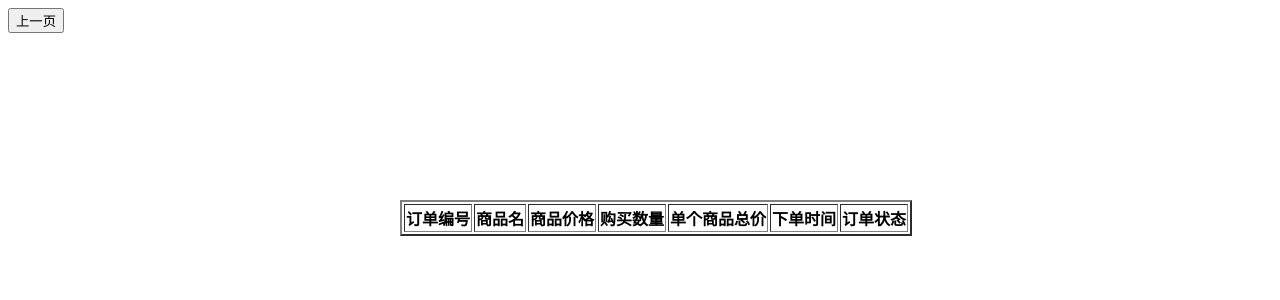
Repository: Gale-student/Gale-student.github.io
Page: http://localhost/weshop/OrdersDetailQueryAllServlet
An editor plug-in stored every save of this project. The page is shown before and after the next save, followed by the edit.
The browser window is 1280 px wide. The pictures show the whole page.
The page is served by Tomcat 9. Other server files are loaded and not shown. Queries for data that is not in the repository find no rows.

Above is the page before, as saved 2022-10-04 08:58:22.

### WeShop/weshop/WebRoot/WEB-INF/jsp/OrdersQueryOfUser.jsp
<%@ page language="java" import="java.util.*,com.company.entity.*" pageEncoding="utf-8"%>
<%
String path = request.getContextPath();
String basePath = request.getScheme()+"://"+request.getServerName()+":"+request.getServerPort()+path+"/";
%>

<!DOCTYPE HTML PUBLIC "-//W3C//DTD HTML 4.01 Transitional//EN">
<html>
  <head>
    <base href="<%=basePath%>">

    <title>My JSP 'OrdersQueryOfUser.jsp' starting page</title>

	<meta http-equiv="pragma" content="no-cache">
	<meta http-equiv="cache-control" content="no-cache">
	<meta http-equiv="expires" content="0">
	<meta http-equiv="keywords" content="keyword1,keyword2,keyword3">
	<meta http-equiv="description" content="This is my page">
	<!--
	<link rel="stylesheet" type="text/css" href="styles.css">
	-->
  <%
     List<OrdersDetail> ordersDetailList = (List<OrdersDetail>)request.getAttribute("ordersDetailList");

   %>
  </head>

  <body>
    <table style="position: absolute; left: 400px; top: 200px; text-align: center;" border="2" cellspacing="2">
       <tr>
          <th>订单编号</th>
          <th>商品名</th>
          <th>商品价格</th>
          <th>购买数量</th>
          <th>单个商品总价</th>
          <th>下单时间</th>
          <th>订单状态</th>
       </tr>
       <%for(int i = 0; i < ordersDetailList.size(); i ++){ %>
       <tr>
          <td><%=ordersDetailList.get(i).getOid() %></td>
          <td><%=ordersDetailList.get(i).getSname() %></td>
          <td><%=ordersDetailList.get(i).getSprice() %>.00￥/个</td>
          <td><%=ordersDetailList.get(i).getQuantity() %>.0</td>
          <td><%=ordersDetailList.get(i).getShopPrice() %>.00￥</td>
          <td><%=ordersDetailList.get(i).getDate() %></td>
          <td><%=ordersDetailList.get(i).getStatus() %></td>
       </tr>
       <%} %>
    </table>
    <form action="" method="post">
       <input type="submit" value="上一页">
    </form>
  </body>
</html>

### WeShop/weshop/src/com/company/controller/OrdersDetailQueryAllServlet.java
package com.company.controller;

import java.io.IOException;
import java.io.PrintWriter;
import java.util.List;

import javax.servlet.ServletException;
import javax.servlet.http.HttpServlet;
import javax.servlet.http.HttpServletRequest;
import javax.servlet.http.HttpServletResponse;
import javax.servlet.http.HttpSession;

import com.company.entity.OrdersDetail;
import com.company.entity.User;
import com.company.service.OrdersService;
import com.company.service.OrdersServiceImpl;
import com.company.service.UserService;
import com.company.service.UserServiceImpl;

public class OrdersDetailQueryAllServlet extends HttpServlet {

	/**
	 * The doGet method of the servlet. <br>
	 *
	 * This method is called when a form has its tag value method equals to get.
	 *
	 * @param request the request send by the client to the server
	 * @param response the response send by the server to the client
	 * @throws ServletException if an error occurred
	 * @throws IOException if an error occurred
	 */
	public void doGet(HttpServletRequest request, HttpServletResponse response)
			throws ServletException, IOException {

		doPost(request, response);
	}

	/**
	 * The doPost method of the servlet. <br>
	 *
	 * This method is called when a form has its tag value method equals to post.
	 *
	 * @param request the request send by the client to the server
	 * @param response the response send by the server to the client
	 * @throws ServletException if an error occurred
	 * @throws IOException if an error occurred
	 */
	public void doPost(HttpServletRequest request, HttpServletResponse response)
			throws ServletException, IOException {

		HttpSession hs = request.getSession();
		String uid = (String) hs.getAttribute("uid");

		OrdersService ordersService = new OrdersServiceImpl();
		try {
			List<OrdersDetail> ordersDetailList = ordersService.selectOrdersDetail(uid, 0);
			int allRows = ordersService.OrdersDetailAllRows(uid);
			int allPage = allRows / 3;
			if(allRows % 3 != 0){
				allPage ++;
			}
			request.setAttribute("ordersDetailList", ordersDetailList);
			request.getRequestDispatcher("WEB-INF/jsp/OrdersQueryOfUser.jsp").forward(request, response);
		} catch (Exception e) {
			// TODO Auto-generated catch block
			e.printStackTrace();
		}


	}

}

### WeShop/weshop/src/com/company/service/OrdersServiceImpl.java
package com.company.service;

import java.util.List;

import com.company.dao.OrdersDao;
import com.company.dao.OrdersDaoImpl;
import com.company.entity.Orders;
import com.company.entity.OrdersDetail;

public class OrdersServiceImpl implements OrdersService {
	private OrdersDao ordersDao = new OrdersDaoImpl();

    //获取订单表总行数
	public int OrdersAllRows() throws Exception {
		int ordersAllRows = ordersDao.OrdersAllRows();
		return ordersAllRows;
	}

    //添加订单(购买 下单 默认未支付状态)
	public void addOrders(String uid, String sid, String quantity)
			throws Exception {
		ordersDao.insertOrders(uid, sid, quantity);
	}

    //取消订单
	public void cancelOrders(String oid) throws Exception {
		ordersDao.deleteOrders(oid);
	}

    //订单表分页
	public List<Orders> ordersPagingQuery(int page) throws Exception {
		List<Orders> ordersList = ordersDao.ordersPaging(page * 3, 3);
		return ordersList;
	}

    //根据订单编号查订单
	public List<Orders> queryOrdersByOid(String oid) throws Exception {
		List<Orders> ordersList = ordersDao.selectOrdersByOid(oid);
		return ordersList;
	}

    //查看未支付订单
	public List<Orders> queryOrdersByStatusUnpaid() throws Exception {
		List<Orders> ordersList = ordersDao.selectOrdersByStatusUnpaid();
		return ordersList;
	}

	//通过用户ID查订单
	public List<Orders> queryOrdersByUid(String uid) throws Exception {
		List<Orders> ordersList = ordersDao.selectOrdersByUid(uid);
		return ordersList;
	}

	//修改商品数量
	public void modifyQuantity(String sid, String quantity) throws Exception {
		ordersDao.updateQuantity(sid, quantity);
	}

	//查找所有订单
	public List<Orders> queryAllOrders() throws Exception {
		List<Orders> ordersList = ordersDao.selectAllOrders();
		return ordersList;
	}

	//查看所有订单详情
	public List<OrdersDetail> selectOrdersDetail(String uid, int page) throws Exception {
		List<OrdersDetail> ordersDetailList = ordersDao.selectOrdersDetail(uid, page * 3, 3);
		return ordersDetailList;
	}

	//获取用户订单表总行数
	public int OrdersDetailAllRows(String uid) throws Exception {
		int ordersDetailAllRows = ordersDao.OrdersDetailAllRows(uid);
		return ordersDetailAllRows;
	}


}

### WeShop/weshop/src/com/company/dao/OrdersDao.java
package com.company.dao;

import java.util.List;

import com.company.entity.Orders;
import com.company.entity.OrdersDetail;

public interface OrdersDao {
	//删除订单(取消订单)
	public void deleteOrders(String oid) throws Exception;
	//订单表分页
	public List<Orders> ordersPaging(int offset, int count) throws Exception;
	//获取订单表总行数
	public int OrdersAllRows() throws Exception;
	//根据订单号查找订单
	public List<Orders> selectOrdersByOid(String oid) throws Exception;
	//查看未支付订单
	public List<Orders> selectOrdersByStatusUnpaid() throws Exception;
	//用户下单(添加订单)
	public void insertOrders(String uid, String sid, String quantity) throws Exception;
	//根据用户ID查订单
	public List<Orders> selectOrdersByUid(String uid) throws Exception;
	//更新订单中商品数量
	public void updateQuantity(String sid, String quantity) throws Exception;
	//查寻所有订单
	public List<Orders> selectAllOrders() throws Exception;
	//订单详情表分页(用户)
	public List<OrdersDetail> selectOrdersDetail(String uid, int offset, int count) throws Exception;
	//获取用户订单表总行数
	public int OrdersDetailAllRows(String uid) throws Exception;


}

### WeShop/weshop/src/com/company/dao/OrdersDaoImpl.java
package com.company.dao;

import java.sql.Connection;
import java.sql.Date;
import java.sql.DriverManager;
import java.sql.PreparedStatement;
import java.sql.ResultSet;
import java.text.DateFormat;
import java.util.ArrayList;
import java.util.List;

import com.company.entity.Orders;
import com.company.entity.OrdersDetail;
import com.company.entity.User;

public class OrdersDaoImpl implements OrdersDao {
	private String url = "jdbc:mysql://localhost:3306/test?characterEncoding=utf-8";
    private String username = "root";
    private String password = "root";

    //获取订单表总行数(管理员)
	public int OrdersAllRows() throws Exception {
		Class.forName("com.mysql.jdbc.Driver");
		Connection conn = DriverManager.getConnection(url, username, password);
		String sql = " select count(*) as rows from orders ";
		PreparedStatement ps = conn.prepareStatement(sql);
		ResultSet rs = ps.executeQuery();
		rs.next();
		int rows = rs.getInt("rows");
		return rows;
	}

    //删除订单(管理员)
	public void deleteOrders(String oid) throws Exception {
		Class.forName("com.mysql.jdbc.Driver");
		Connection conn = DriverManager.getConnection(url, username, password);
		String sql = " delete from orders where oid = ? ";
		PreparedStatement ps = conn.prepareStatement(sql);
		ps.setString(1, oid);
		ps.execute();
		conn.close();

	}

    //订单表分页(管理员)
	public List<Orders> ordersPaging(int offset, int count) throws Exception {
		Class.forName("com.mysql.jdbc.Driver");
		Connection conn = DriverManager.getConnection(url, username, password);
		String sql = " select * from orders limit ?, ? ";
		PreparedStatement ps = conn.prepareStatement(sql);
		ps.setInt(1, offset);
		ps.setInt(2, count);
		ResultSet rs = ps.executeQuery();
		List<Orders> ordersList = new ArrayList<Orders>();
		while(rs.next()){
			String oid = rs.getString("oid");
			String uid = rs.getString("uid");
			String sid = rs.getString("sid");
			String quantity = rs.getString("quantity");
			String date = rs.getString("date");
			String status = rs.getString("status");
			Orders orders = new Orders();
			orders.setOid(oid);
			orders.setUid(uid);
			orders.setSid(sid);
			orders.setQuantity(quantity);
			orders.setDate(date);
			orders.setStatus(status);
            ordersList.add(orders);
		}
		return ordersList;
	}

    //根据订单号查找订单(管理员)
	public List<Orders> selectOrdersByOid(String oid) throws Exception {
		Class.forName("com.mysql.jdbc.Driver");
		Connection conn = DriverManager.getConnection(url, username, password);
		String sql = " select * from orders where oid = ? ";
		PreparedStatement ps = conn.prepareStatement(sql);
		ps.setString(1, oid);
		ResultSet rs = ps.executeQuery();
		List<Orders> ordersList = new ArrayList<Orders>();
		while(rs.next()){
			String uid = rs.getString("uid");
			String sid = rs.getString("sid");
			String quantity = rs.getString("quantity");
			String date = rs.getString("date");
			String status = rs.getString("status");
			Orders orders = new Orders();
			orders.setOid(oid);
			orders.setUid(uid);
			orders.setSid(sid);
			orders.setQuantity(quantity);
			orders.setDate(date);
			orders.setStatus(status);
			ordersList.add(orders);
		}
		return ordersList;
	}

    //查看未支付订单(管理员)
	public List<Orders> selectOrdersByStatusUnpaid() throws Exception {
		Class.forName("com.mysql.jdbc.Driver");
		Connection conn = DriverManager.getConnection(url, username, password);
		String sql = " select * from orders where status = '0' ";
		PreparedStatement ps = conn.prepareStatement(sql);
		ResultSet rs = ps.executeQuery();
		List<Orders> ordersList = new ArrayList<Orders>();
		while(rs.next()){
			String oid = rs.getString("oid");
			String uid = rs.getString("uid");
			String sid = rs.getString("sid");
			String quantity = rs.getString("quantity");
			String date = rs.getString("date");
			String status = rs.getString("status");
			Orders orders = new Orders();
			orders.setOid(oid);
			orders.setUid(uid);
			orders.setSid(sid);
			orders.setQuantity(quantity);
			orders.setDate(date);
			orders.setStatus(status);
			ordersList.add(orders);
		}
		return ordersList;
	}

	//添加订单(用户购买)
	public void insertOrders(String uid, String sid, String quantity) throws Exception {
		Class.forName("com.mysql.jdbc.Driver");
		Connection conn = DriverManager.getConnection(url, username, password);

		System.currentTimeMillis();
		String oid = "" + System.currentTimeMillis();
		String sql = " insert into orders values ( ?, ?, ?, ?, now(), 0 ) ";
		PreparedStatement ps = conn.prepareStatement(sql);
		ps.setString(1, oid);
		ps.setString(2, uid);
		ps.setString(3, sid);
		ps.setString(4, quantity);
		ps.execute();
		conn.close();

	}

	//根据用户ID查询订单(管理员)
	public List<Orders> selectOrdersByUid(String uid) throws Exception {
		Class.forName("com.mysql.jdbc.Driver");
		Connection conn = DriverManager.getConnection(url, username, password);
		String sql = " select * from orders where uid = ? ";
		PreparedStatement ps = conn.prepareStatement(sql);
		ps.setString(1, uid);
		ResultSet rs = ps.executeQuery();
		List<Orders> ordersList = new ArrayList<Orders>();
		while(rs.next()){
			String oid = rs.getString("oid");
			String sid = rs.getString("sid");
			String quantity = rs.getString("quantity");
			String date = rs.getString("date");
			String status = rs.getString("status");
			Orders orders = new Orders();
			orders.setOid(oid);
			orders.setUid(uid);
			orders.setSid(sid);
			orders.setQuantity(quantity);
			orders.setDate(date);
			orders.setStatus(status);
			ordersList.add(orders);
		}
		return ordersList;
	}

	//更新订单中商品数量(用户 添加相同商品)
	public void updateQuantity(String sid, String quantity) throws Exception {
		Class.forName("com.mysql.jdbc.Driver");
		Connection conn = DriverManager.getConnection(url, username, password);
		String sql = " update orders set quantity = quantity + ? where sid = ? and status = 0 ";
		PreparedStatement ps = conn.prepareStatement(sql);
		ps.setString(1, quantity);
		ps.setString(2, sid);
		ps.execute();
		conn.close();
	}

	//查询所有订单(管理员)
	public List<Orders> selectAllOrders() throws Exception {
		Class.forName("com.mysql.jdbc.Driver");
		Connection conn = DriverManager.getConnection(url, username, password);
		String sql = " select * from orders ";
		PreparedStatement ps = conn.prepareStatement(sql);
		ResultSet rs = ps.executeQuery();
		List<Orders> ordersList = new ArrayList<Orders>();
		while(rs.next()){
			String oid = rs.getString("oid");
			String uid = rs.getString("uid");
			String sid = rs.getString("sid");
			String quantity = rs.getString("quantity");
			String date = rs.getString("date");
			String status = rs.getString("status");
			Orders orders = new Orders();
			orders.setOid(oid);
			orders.setUid(uid);
			orders.setSid(sid);
			orders.setQuantity(quantity);
			orders.setDate(date);
			orders.setStatus(status);
			ordersList.add(orders);
		}
		return ordersList;
	}

	//订单详情表分页
	public List<OrdersDetail> selectOrdersDetail(String uid, int offset, int count) throws Exception {
		Class.forName("com.mysql.jdbc.Driver");
		Connection conn = DriverManager.getConnection(url, username, password);
		String sql = " select o.oid, o.uid, s.sname, s.sprice, o.quantity,  " +
				"(o.quantity * s.sprice) as shopPrice, o.date, o.status from orders " +
				"o inner join shop s where s.sid = o.sid and o.uid = ? limit ?, ? ";
		PreparedStatement ps = conn.prepareStatement(sql);
		ps.setString(1, uid);
		ps.setInt(2, offset);
		ps.setInt(3, count);
		ResultSet rs = ps.executeQuery();
		List<OrdersDetail> ordersDetailList = new ArrayList<OrdersDetail>();
		while(rs.next()){
			String oid = rs.getString("oid");
			String sname = rs.getString("sname");
			String sprice = rs.getString("sprice");
			String quantity = rs.getString("quantity");
			String shopPrice = rs.getString("shopPrice");
			String date = rs.getString("date");
			String status = rs.getString("status");
			OrdersDetail ordersDetail = new OrdersDetail();
			ordersDetail.setOid(oid);
			ordersDetail.setUid(uid);
			ordersDetail.setSname(sname);
			ordersDetail.setSprice(sprice);
			ordersDetail.setQuantity(quantity);
			ordersDetail.setShopPrice(shopPrice);
			ordersDetail.setDate(date);
			ordersDetail.setStatus(status);
			ordersDetailList.add(ordersDetail);
		}
		return ordersDetailList;
	}

	public int OrdersDetailAllRows(String uid) throws Exception {
		Class.forName("com.mysql.jdbc.Driver");
		Connection conn = DriverManager.getConnection(url, username, password);
		String sql = " select count(*) as rows from orders where uid = ? ";
		PreparedStatement ps = conn.prepareStatement(sql);
		ps.setString(1, uid);
		ResultSet rs = ps.executeQuery();
		rs.next();
		int rows = rs.getInt("rows");
		conn.close();
		return rows;
	}

}

After the next save:
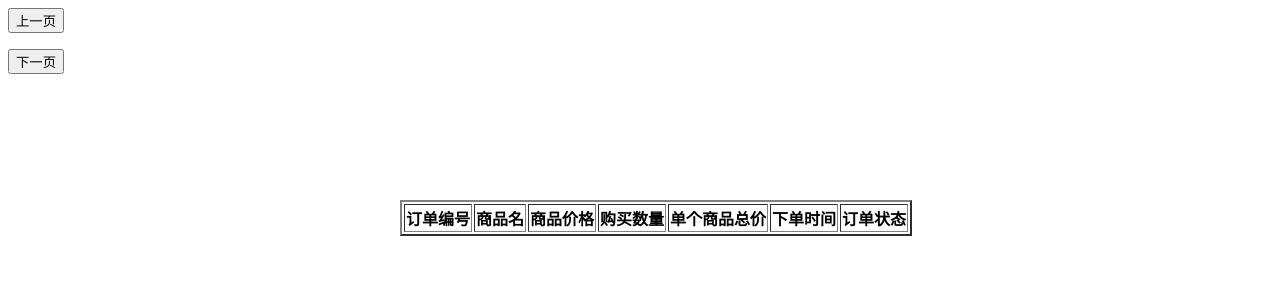
Saved 13 s later.
--- a/WeShop/weshop/WebRoot/WEB-INF/jsp/OrdersQueryOfUser.jsp
+++ b/WeShop/weshop/WebRoot/WEB-INF/jsp/OrdersQueryOfUser.jsp
@@ -51,5 +51,8 @@ String basePath = request.getScheme()+"://"+request.getServerName()+":"+request.
     <form action="" method="post">
        <input type="submit" value="上一页">
     </form>
+    <form action="" method="post">
+       <input type="submit" value="下一页">
+    </form>
   </body>
 </html>
